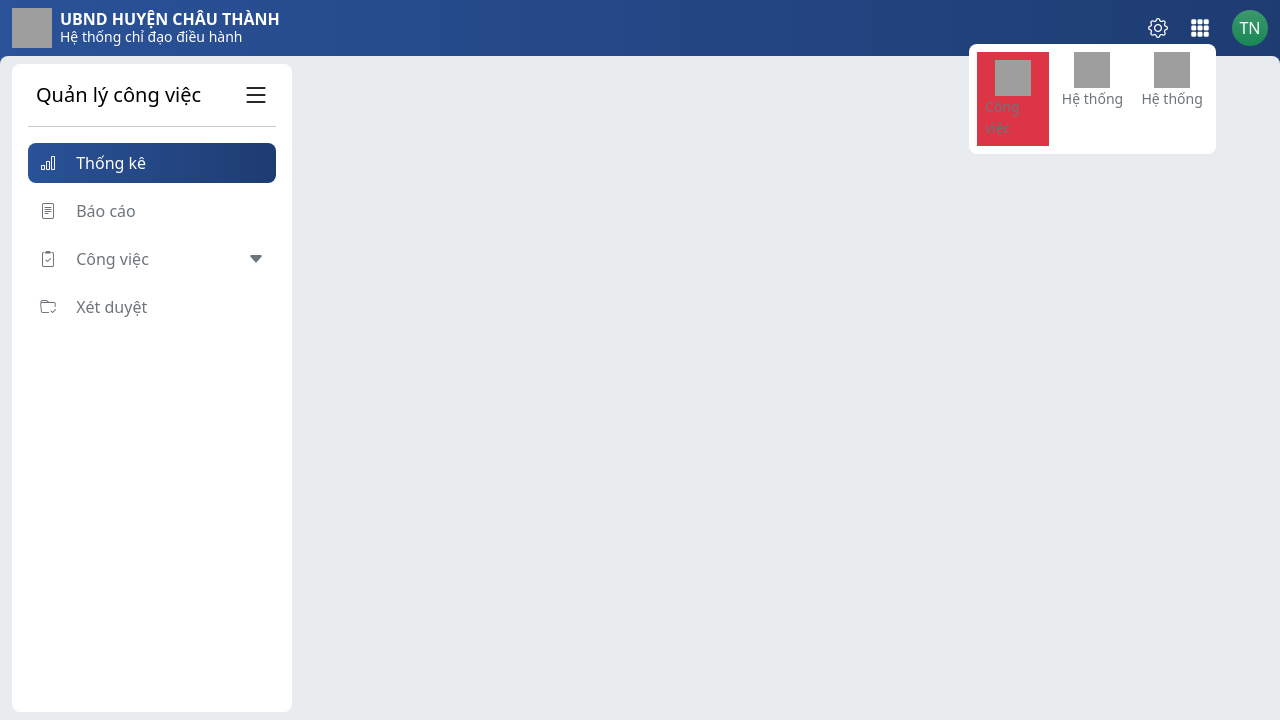
Repository: mys-pro/DATT-HeThongChiDaoDieuHanh
Page: index.html
An editor plug-in stored every save of this project. The page is shown before and after the next save, followed by the edit.
The browser window is 1280 px wide. The pictures show the whole page.
Pictures or frames that could not be fetched are drawn as grey boxes.

Above is the page before, as saved 2024-04-21 15:16:06.

After the next save:
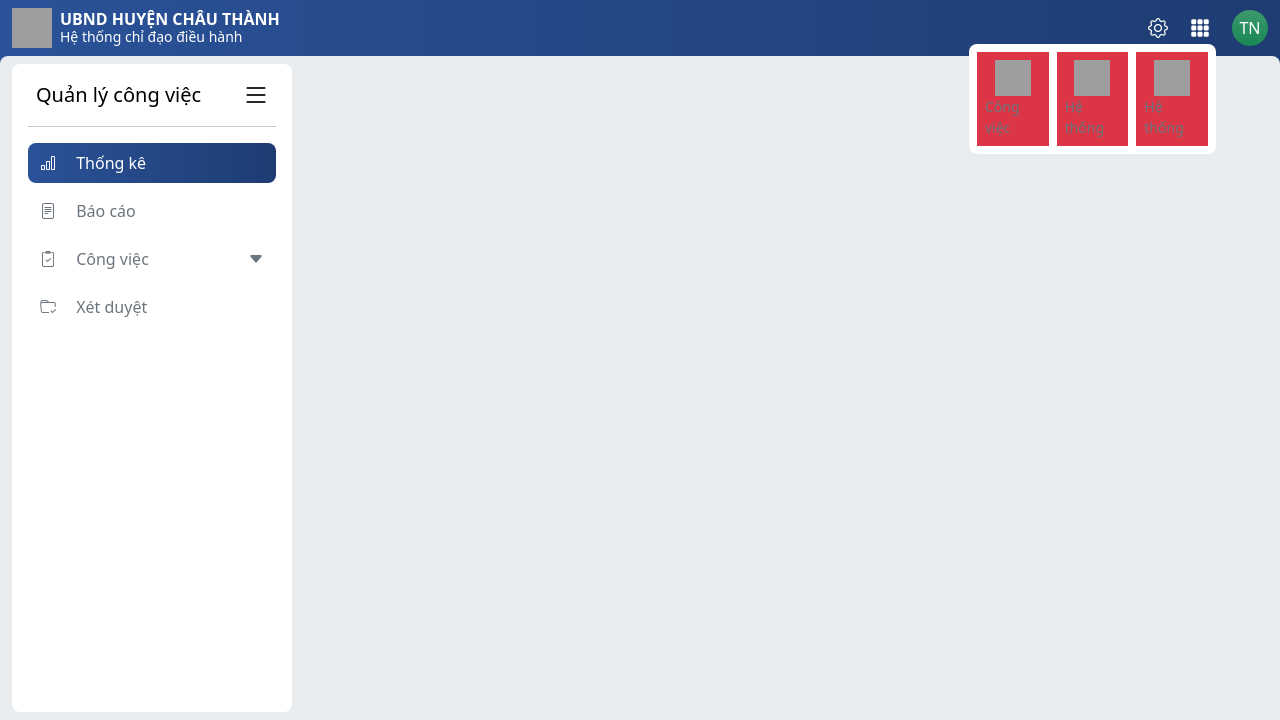
Saved 17 s later.
--- a/index.html
+++ b/index.html
@@ -47,13 +47,13 @@
                                         </a>
                                     </div>
                                     <div class="col">
-                                        <a href="#" class="text-decoration-none text-secondary d-flex flex-column align-items-center">
+                                        <a href="#" class="text-decoration-none text-secondary d-flex flex-column align-items-center bg-danger p-2">
                                             <img src="./Assets/Image/admin-icon.png" alt="" width="36px" height="36px">
                                             Hệ thống
                                         </a>
                                     </div>
                                     <div class="col">
-                                        <a href="#" class="text-decoration-none text-secondary d-flex flex-column align-items-center">
+                                        <a href="#" class="text-decoration-none text-secondary d-flex flex-column align-items-center bg-danger p-2">
                                             <img src="./Assets/Image/admin-icon.png" alt="" width="36px" height="36px">
                                             Hệ thống
                                         </a>
